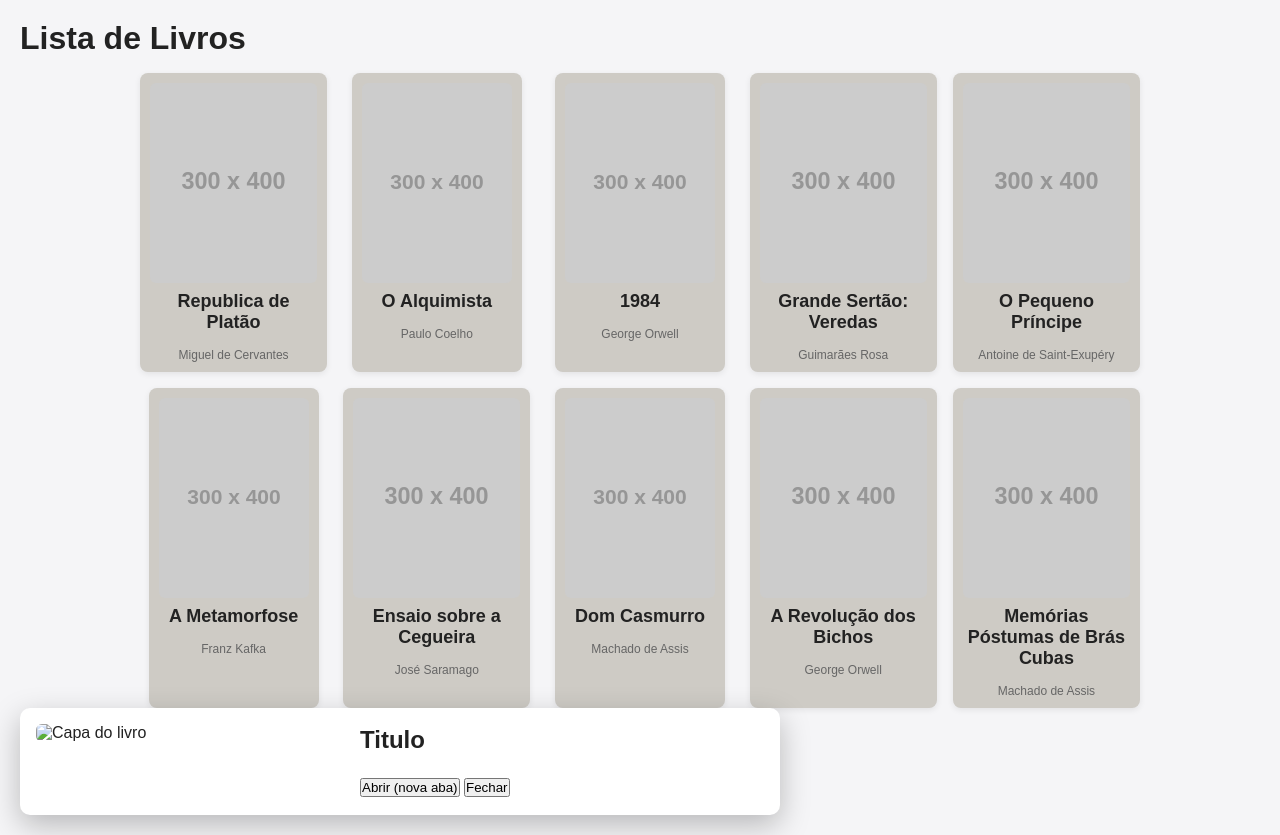
Repository: cleytonds/Biblioteca
Page: templates/lista_livros.HTML
The author's editor kept a copy of each file at every save. The page is drawn from the files as they stood at one save, then again after the next save.
The browser window is 1280 px wide. The pictures show the whole page.

Above is the page before, as saved 2025-11-15 17:23:01.

After the next save:
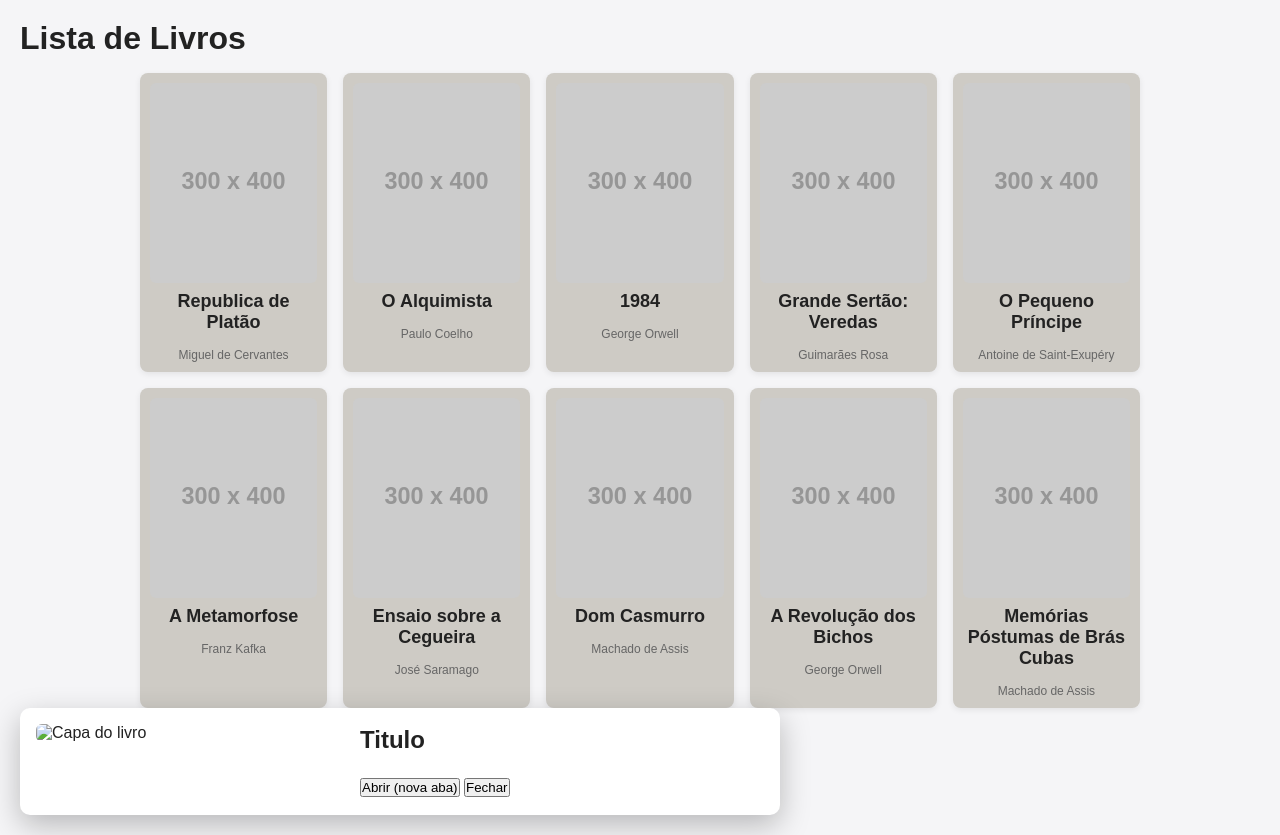
Saved 4 s later.
--- a/Static/lista_de_livros.css
+++ b/Static/lista_de_livros.css
@@ -27,7 +27,7 @@
 
     /*centralização*/
     justify-content: center;
-    justify-items: center;
+
     width: 100%;
     max-width: 1000px;
     margin: 0 auto;
